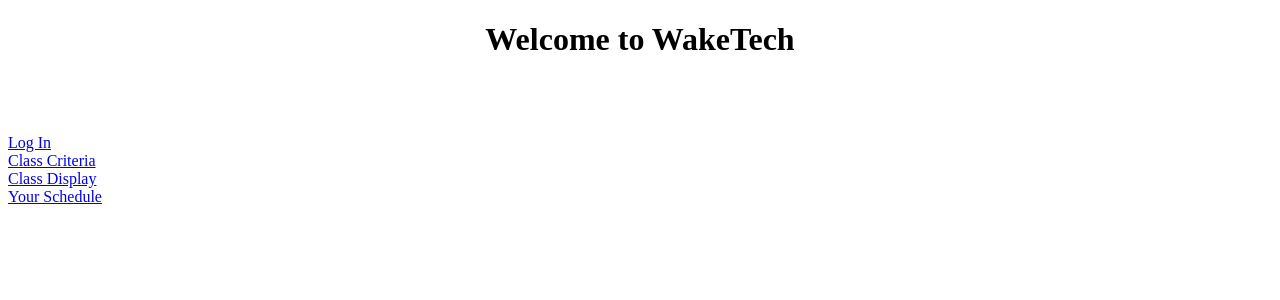
Repository: weshayutin/java258Online
Page: http://localhost/Week5Assignment/menu.jsp
An editor plug-in stored every save of this project. The page is shown before and after the next save, followed by the edit.
The browser window is 1280 px wide. The pictures show the whole page.
The page is served by Tomcat 9. Other server files are loaded and not shown.

Above is the page before, as saved 2011-02-13 23:31:25.

### workspace/Week5Assignment/WebContent/menu.jsp
<%@ page language="java" contentType="text/html; charset=UTF-8"
    pageEncoding="UTF-8"%>
<!DOCTYPE html PUBLIC "-//W3C//DTD HTML 4.01 Transitional//EN" "http://www.w3.org/TR/html4/loose.dtd">
<html>
<head>
<meta http-equiv="Content-Type" content="text/html; charset=UTF-8">
<title>Welcome To Wake Tech</title>
</head>
<body>
<h1 align="center"> Welcome to WakeTech</h1>
<br><br><br>
<a href="login.jsp">Log In</a>
<br>
<a href="classcriteria.jsp">Class Criteria</a>
<br>
<a href="classdisplay.jsp">Class Display</a>
<br>
<a href="schedule.do">Your Schedule</a>


</body>
</html>

After the next save:
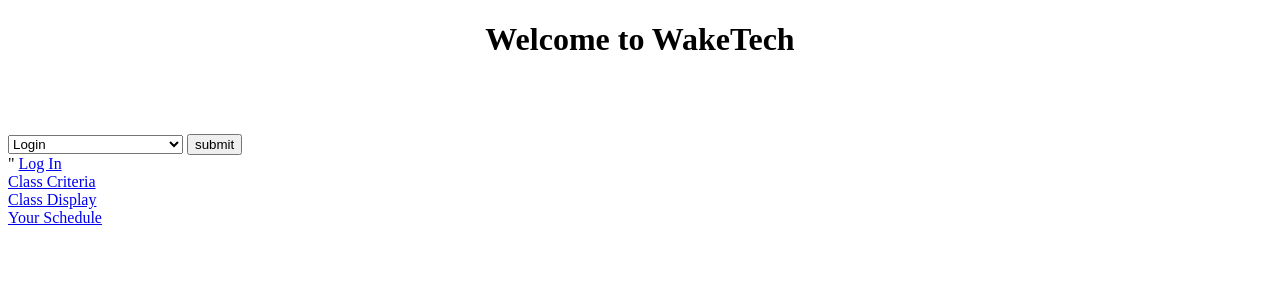
Saved 13 min 12 s later.
--- a/workspace/Week5Assignment/WebContent/menu.jsp
+++ b/workspace/Week5Assignment/WebContent/menu.jsp
@@ -9,6 +9,21 @@
 <body>
 <h1 align="center"> Welcome to WakeTech</h1>
 <br><br><br>
+
+<form method="post" action="shedule.do?referer=value">
+ <select name=referer>
+  <option value="login">Login</option>
+  <option value="classcriteria">Search By Criteria</option>
+  <option value="classdisplay">Search By Prefix</option>
+  <option value="schedule">Display Student Schedule</option>
+</select>
+
+	 <input type="SUBMIT" value="submit"/>
+
+
+
+</form>"
+
 <a href="login.jsp">Log In</a>
 <br>
 <a href="classcriteria.jsp">Class Criteria</a>
